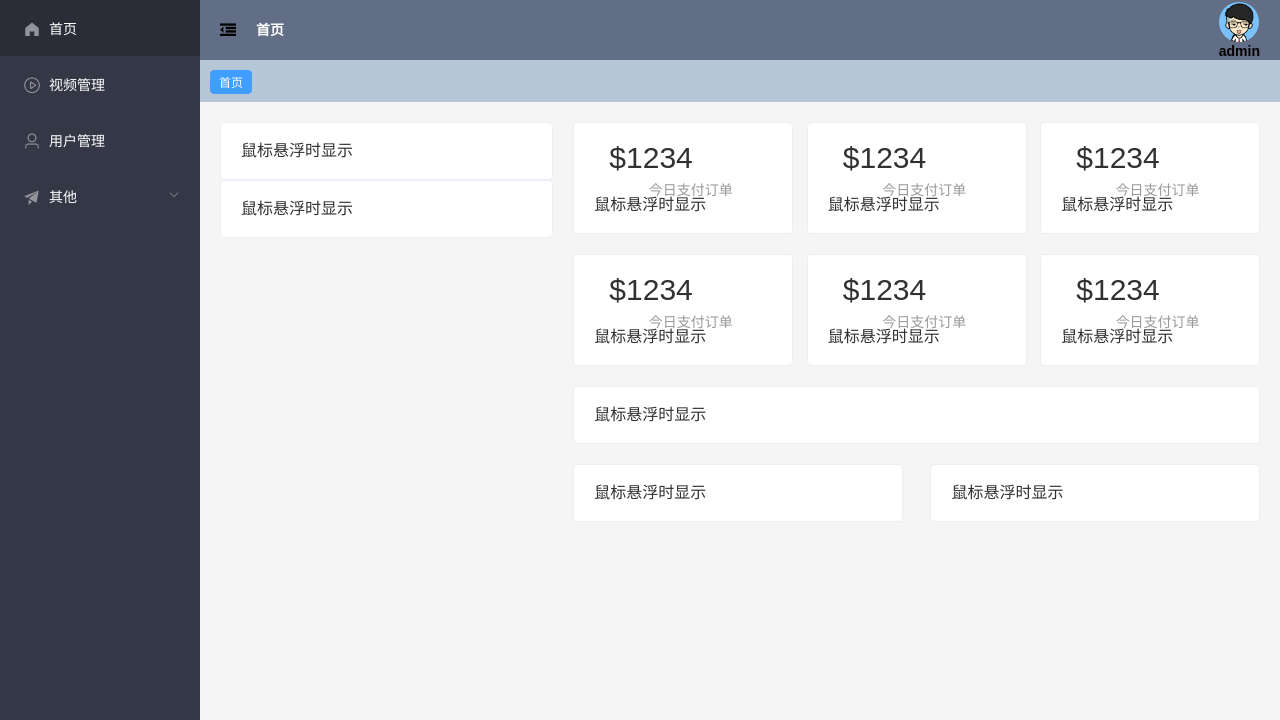
Repository: coWhy/vue-manage
Page: /
These files come from the project's save history. The page is drawn as it stood at one moment and after the next save; the edit follows.
The browser window is 1280 px wide. The pictures show the whole page.
The project was rebuilt for these pictures with package versions that can differ from the ones it lists, and the page was loaded fresh each time. Also part of the build but not shown: vue.config.js.

Above is the page before, as saved 2020-04-13 22:48:33.

### src/main.js
import Vue from 'vue'
import App from './App.vue'
import router from './router'
import store from './store'
// 全局配置样式
import '@/assets/scss/reset.scss'
import '@/assets/font-awesome-4.7.0/css/font-awesome.css'
// 第三方包
import ElementUI from 'element-ui'
import 'element-ui/lib/theme-chalk/index.css'
// 自定义全局插件
import http from '@/plugins/http' // 自定义全局axios
// 引入Mock 主要是用于前端模拟使用 使用时 记得注释掉
import './mock'

Vue.config.productionTip = false
Vue.use(http)
console.log(
  `当前所处开发环境:【${process.env.NODE_ENV}】| 路由为: 【${process.env.VUE_APP_URL}】`
)
Vue.use(ElementUI)
new Vue({
  router,
  store,
  render: h => h(App)
}).$mount('#app')

### src/App.vue
<template>
  <div id="app">
    <router-view />
  </div>
</template>

<style lang="scss">
#app {
  // color: $theme-color;
  height: 100vh;
}
</style>

### src/router/index.js
import Vue from 'vue'
import VueRouter from 'vue-router'
//
const originalPush = VueRouter.prototype.push
VueRouter.prototype.push = function push(location) {
  return originalPush.call(this, location).catch(err => err)
}
Vue.use(VueRouter)

const routes = [
  {
    path: '/',
    component: () => import('@/views/layout/index'),
    children: [
      {
        path: '/',
        name: 'home',
        component: () => import('@/views/home/index')
      },
      {
        path: '/video',
        name: 'video',
        component: () => import('@/views/video/index')
      },
      {
        path: '/user',
        name: 'user',
        component: () => import('@/views/user/index')
      },
      {
        path: '/page1',
        name: 'page1',
        component: () => import('@/views/other/page1')
      },
      {
        path: '/page2',
        name: 'page2',
        component: () => import('@/views/other/page2')
      }
    ]
  }
]

const router = new VueRouter({
  routes
})

export default router

### src/store/index.js
import Vue from 'vue'
import Vuex from 'vuex'
import tag from './modules/tag'
Vue.use(Vuex)

export default new Vuex.Store({
  state: {},
  mutations: {},
  actions: {},
  modules: {
    tag
  }
})

### src/plugins/http.js
// 自定义开发插件
import axios from 'axios'

const MyHttpServer = {}

MyHttpServer.install = Vue => {
  // 基准地址
  // axios.defaults.baseURL = process.env.VUE_APP_URL
  const service = axios.create({
    baseURL: process.env.VUE_APP_URL, //请求基础url
    timeout: 3000 //  请求超时时间
  })
  // 添加请求拦截器 token拦截
  service.interceptors.request.use(
    config => {
      return config
    },
    err => {
      console.log(err)
    }
  )
  // 响应拦截器
  service.interceptors.response.use(
    response => {
      let res = {}
      //  此处对不同状态码 进行不同的操作 比如404 跳转页面等
      res.status = response.status
      res.data = response.data
      return res
    },
    err => {
      console.log(err)
    }
  )
  Vue.prototype.$http = axios
}
export default MyHttpServer

### src/mock/index.js
import Mock from 'mockjs'
import homeApi from './home'
Mock.setup({
  timeout: '200-2000' // 设置延时 [200 - 2000ms]
})
// 首页相关
// 拦截 /home/getData
Mock.mock('/home/getData', 'get', homeApi.getHomeData) // /\/home\/getData/.

### src/assets/scss/_variable.scss
// 全局配置样式 修改主题颜色
$theme-color: #33aef0;

### src/views/layout/index.vue
<template>
  <el-container class="container">
    <!-- 左侧菜单栏 -->
    <el-aside width="auto">
      <common-aside></common-aside>
    </el-aside>
    <el-container>
      <!-- 头部 -->
      <el-header class="header">
        <common-header></common-header>
      </el-header>
      <!-- Tab标签 -->
      <common-tag class="tag"></common-tag>
      <!-- 主体 -->
      <el-main>
        <router-view></router-view>
      </el-main>
    </el-container>
  </el-container>
</template>

<script>
import CommonAside from './components/aside/index'
import CommonHeader from './components/header/index'
import CommonTag from './components/tag/index'
export default {
  components: {
    CommonAside,
    CommonHeader,
    CommonTag
  }
}
</script>

<style lang="scss" scoped>
.container {
  height: 100%;
}
.header {
  background-color: #626e85; // 头部背景色
  width: 100%;
}
.main {
  padding-top: 0;
}
</style>

### src/views/home/index.vue
<template>
  <el-row class="home" :gutter="20">
    <!-- 左侧 -->
    <el-col :span="8">
      <el-card shadow="hover">
        鼠标悬浮时显示
      </el-card>
      <el-card shadow="hover">
        鼠标悬浮时显示
      </el-card>
    </el-col>
    <!-- 右侧 -->
    <el-col :span="16">
      <!-- 顶部  -->
      <div class="num">
        <el-card shadow="hover" v-for="item in 6" :key="item">
          <!-- 图标部分 -->
          <i class="icon"></i>
          <!-- 详情部分  -->
          <div class="detail">
            <p class="num">$1234</p>
            <p class="txt">今日支付订单</p>
          </div>
          鼠标悬浮时显示
        </el-card>
      </div>
      <!-- 底部 -->
      <el-card shadow="hover">
        鼠标悬浮时显示
      </el-card>
      <div class="graph">
        <el-card shadow="hover">
          鼠标悬浮时显示
        </el-card>
        <el-card shadow="hover">
          鼠标悬浮时显示
        </el-card>
      </div>
    </el-col>
  </el-row>
</template>

<script>
export default {
  methods: {
    async getVideoData() {
      const res = await this.$http.get('/home/getData')
      console.log(res)
    }
  },
  created() {
    this.getVideoData()
  }
}
</script>

<style lang="scss" scoped>
@import url('~@/assets/scss/home.scss');
</style>

### src/store/modules/tag.js
export default {
  state: {
    isCollapse: false, // 左侧菜单栏是否折叠
    curMenu: null, // 点击选中的菜单
    menuList: [], // 全部菜单
    tagList: [
      // 首页是不可关闭的
      {
        path: '/',
        name: 'home',
        title: '首页',
        icon: 'el-icon-s-home'
      }
    ] // 存放tags 点击后 就存到里面去
  },
  mutations: {
    // 点击 菜单之后 对应的tab 标签也要 进入 tabList 进行存放
    // 首页 不加入tabList
    getMenu(state, selectedMenu) {
      if (selectedMenu.name !== 'home') {
        state.curMenu = selectedMenu
        let result = state.tagList.findIndex(
          item => item.name === selectedMenu.name
        )
        if (result === -1) {
          // 没找到这个tag 就放进tagList
          state.tagList.push(selectedMenu)
        }
      } else {
        state.curMenu = null
      }
    },
    // 关闭选中的tag
    closeTag(state, selectedTag) {
      // if (selectedTag.name !== 'home') {
      // }
      // 找到tag的索引 进行删除
      let result = state.tagList.findIndex(
        item => item.name === selectedTag.name
      )
      state.tagList.splice(result, 1)
    },
    // 折叠左侧菜单栏
    collapseAsideMenu(state) {
      state.isCollapse = !state.isCollapse
    }
  },
  actions: {},
  modules: {}
}

### src/mock/home.js
import Mock from 'mockjs'
export default {
  getHomeData: () => {
    return {
      code: 20000,
      data: [
        {
          name: 'SpringBoot',
          value: Mock.Random.float(1000, 10000, 0, 2)
        },
        {
          name: 'SpringBoot',
          value: Mock.Random.float(1000, 10000, 0, 2)
        },
        {
          name: 'React',
          value: Mock.Random.float(1000, 10000, 0, 2)
        },
        {
          name: 'Vue',
          value: Mock.Random.float(1000, 10000, 0, 2)
        },
        {
          name: '微信小程序',
          value: Mock.Random.float(1000, 10000, 0, 2)
        },
        {
          name: 'Es6',
          value: Mock.Random.float(1000, 10000, 0, 2)
        },
        {
          name: 'Java',
          value: Mock.Random.float(1000, 10000, 0, 2)
        }
      ]
    }
  }
}

### src/views/layout/components/aside/index.vue
<template>
  <el-menu
    default-active="2"
    class="el-menu-vertical-demo"
    :background-color="asideSetting.bgColor"
    :text-color="asideSetting.texteColor"
    :active-text-color="asideSetting.activeTextColor"
    :collapse="isCollapse"
  >
    <!-- 这是没有子级菜单的
    handleClickMenu(item) 将选中的菜单元素存入store中的menu 用于tab使用
    由于 分两种情况 所以 下面两种 都需要加上handleClickMenu 事件
    v-for="item in noChildrenList" 遍历元素列表
    :index="item.path"  路由相关
    :key="item.title" 索引 避免重复
    -->
    <!-- noChildrenList -->
    <el-menu-item
      :index="item.path"
      v-for="item in noChildrenList"
      :key="item.title"
      @click="handleClickMenu(item)"
    >
      <i :class="item.icon"></i>
      <span slot="title">{{ item.title }}</span>
    </el-menu-item>
    <!-- hasChildrenList -->
    <el-submenu
      :index="item.title"
      v-for="item in hasChildrenList"
      :key="item.title"
    >
      <template slot="title">
        <i :class="item.icon"></i>
        <span slot="title">{{ item.title }}</span>
      </template>
      <el-menu-item-group>
        <el-menu-item
          :index="subItem.path"
          v-for="subItem in item.children"
          :key="subItem.title"
          @click="handleClickMenu(subItem)"
        >
          <i :class="subItem.icon"></i>
          <span slot="title">{{ subItem.title }}</span>
        </el-menu-item>
      </el-menu-item-group>
    </el-submenu>
  </el-menu>
</template>

<script>
export default {
  computed: {
    noChildrenList() {
      // asideMenuList 没有 子级菜单
      return this.asideMenuList.filter(item => !item.children)
    },
    hasChildrenList() {
      // asideMenuList 有 子级菜单
      return this.asideMenuList.filter(item => item.children)
    },
    // 取出vuex中的是否折叠isCollapse
    isCollapse() {
      return this.$store.state.tag.isCollapse
    }
  },
  data() {
    return {
      asideSetting: {
        bgColor: '#343746', // 侧边栏背景颜色
        activeTextColor: '#4ffffb', // 选中字体的颜色
        texteColor: '#fff' // 默认字体颜色
      },
      //侧边栏菜单列表
      asideMenuList: [
        {
          path: '/',
          name: 'home',
          title: '首页',
          icon: 'el-icon-s-home'
        },
        {
          path: '/video',
          name: 'video',
          title: '视频管理',
          icon: 'el-icon-video-play'
        },
        {
          path: '/user',
          name: 'user',
          title: '用户管理',
          icon: 'el-icon-user'
        },
        {
          title: '其他',
          icon: 'el-icon-s-promotion',
          children: [
            {
              path: '/page1',
              name: 'page1',
              title: '页面1',
              icon: 'el-icon-setting'
            },
            {
              path: '/page2',
              name: 'page2',
              title: '页面2',
              icon: 'el-icon-setting'
            }
          ]
        }
      ]
    }
  },
  methods: {
    // 选中菜单 传入store
    handleClickMenu(item) {
      // 跳转到指定的页面
      this.$router.push({ name: item.name })
      this.$store.commit('getMenu', item)
    }
  }
}
</script>

<style lang="scss" scoped>
.el-menu {
  // 菜单占满容器
  height: 100%;
  border: none;
}
// 折叠样式
.el-menu-vertical-demo:not(.el-menu--collapse) {
  width: 200px;
  min-height: 400px;
}
</style>

### src/views/layout/components/header/index.vue
<template>
  <header class="header">
    <div class="l-content">
      <!-- 折叠标签 可以折叠左侧菜单栏 折叠：fa fa-outdent 展开： fa fa-indent -->
      <i
        :class="
          $store.state.tag.isCollapse === true
            ? 'fa fa-indent'
            : 'fa fa-outdent '
        "
        aria-hidden="true"
        @click="collapseAsideMenu()"
      ></i>
      <!-- 面包屑导航 -->
      <el-breadcrumb separator="/">
        <!-- 默认保留一个 首页 -->
        <el-breadcrumb-item :to="{ path: '/' }">首页</el-breadcrumb-item>
        <!-- curMenu 不为null的时候才渲染出来 -->
        <el-breadcrumb-item :to="curMenu.path" v-if="curMenu">
          {{ curMenu.title }}
        </el-breadcrumb-item>
      </el-breadcrumb>
    </div>
    <!-- 用户部分 头像 下拉菜单 等 -->
    <div class="r-content">
      <el-dropdown trigger="click" size="mini">
        <span class="el-dropdown-link">
          <!-- 用户头像 和 用户名 动态获取 -->
          <img :src="userInfo.avatar" class="avatar" />
          <span class="name">{{ userInfo.username }}</span>
        </span>
        <el-dropdown-menu slot="dropdown">
          <el-dropdown-item>个人中心</el-dropdown-item>
          <el-dropdown-item>退出登录</el-dropdown-item>
        </el-dropdown-menu>
      </el-dropdown>
    </div>
  </header>
</template>

<script>
import { mapState } from 'vuex'
export default {
  computed: {
    ...mapState({
      curMenu: state => state.tag.curMenu // 选中的菜单对象
    })
  },
  data() {
    return {
      // 用户信息
      userInfo: {
        username: 'admin', // 用户名
        avatar: require('@/assets/images/user.png') // 用户头像
      }
    }
  },
  methods: {
    // 折叠左侧菜单栏
    collapseAsideMenu() {
      this.$store.commit('collapseAsideMenu')
    }
  }
}
</script>

<style lang="scss" scoped>
.header {
  display: flex;
  height: 100%;
  align-items: center;
  justify-content: space-between;
}
.l-content {
  // width: 380;
  display: flex;
  align-items: center;
  i {
    margin-right: 20px;
  }
  justify-content: space-between;
}
.r-content {
  .avatar {
    width: 40px;
    height: 40px;
    border-radius: 50%;
  }
  .name {
    display: flex;
    height: 100%;
    color: black;
    font-weight: bolder;
    align-items: center;
  }
}
</style>
<style lang="scss">
.el-breadcrumb__item {
  .el-breadcrumb__inner {
    color: #b9d0fb;
    font-weight: normal;
  }
  &:last-child {
    .el-breadcrumb__inner {
      color: #ffffff;
      font-weight: bolder;
    }
  }
}
</style>

### src/views/layout/components/tag/index.vue
<template>
  <div class="tags">
    <!--  tabs标签
  不是首页才可以关闭
  选中tag颜色变化 :effect="$route.name === tag.name ? 'dark' : 'plain'"
  -->
    <el-tag
      size="small"
      :key="tag.name"
      v-for="tag in tagList"
      :closable="tag.name !== 'home'"
      :disable-transitions="false"
      @close="handleClose(tag)"
      @click="changeMenu(tag)"
      :effect="$route.name === tag.name ? 'dark' : 'plain'"
    >
      {{ tag.title }}
    </el-tag>
  </div>
</template>

<script>
import { mapState, mapMutations } from 'vuex'
export default {
  computed: {
    ...mapState({
      tagList: state => state.tag.tagList
    })
  },
  data() {
    return {}
  },
  methods: {
    ...mapMutations({
      closeTag: 'closeTag'
    }),
    // 关闭tag
    handleClose(tag) {
      this.closeTag(tag)
    },
    changeMenu(tag) {
      this.$store.commit('getMenu', tag)
      this.$router.push({ name: tag.name })
    }
  }
}
</script>

<style lang="scss" scoped>
.tags {
  background-color: #b5c6d6;
  position: relative;
  height: 42px;
  border: none;
  overflow: hidden;
  padding: 10px;
  .el-tag {
    padding-top: 1px;
    padding-bottom: 1px;
    margin-right: 15px;
    cursor: pointer;
  }
}
</style>

### src/assets/scss/home.scss
.home {
  .user {
    display: flex;
    align-items: center;
    padding-bottom: 20px;
    margin-bottom: 20px;
    border-bottom: 1px solid #ccc;
    img {
      width: 150px;
      height: 150px;
      border-radius: 50%;
      margin-right: 40px;
    }
    &info {
      .name {
        font-size: 32px;
        margin-bottom: 10px;
      }
      .access {
        color: #999999;
      }
    }
  }
  .login-info {
    p {
      line-height: 28px;
      font-size: 14px;
      color: #999999;
      span {
        color: #666666;
        margin-left: 60px;
      }
    }
  }
  .num {
    display: flex;
    flex-wrap: wrap;
    justify-content: space-between;
    .el-card {
      width: 32%;
      margin-bottom: 20px;
    }
    .icon {
      font-size: 30px;
      width: 80px;
      height: 80px;
      text-align: center;
      line-height: 80px;
      color: #fff;
    }
    .detail {
      margin-left: 15px;
      display: flex;
      flex-direction: column;
      justify-content: center;
      .num {
        font-size: 30px;
        margin-bottom: 10px;
      }
      .txt {
        font-size: 14px;
        text-align: center;
        color: #999999;
      }
    }
  }
  .graph {
    margin-top: 20px;
    display: flex;
    justify-content: space-between;
    .el-card {
      width: 48%;
    }
  }
}

Loaded but not shown: public/index.html (common file); src/assets/scss/reset.scss (common file); src/assets/font-awesome-4.7.0/css/font-awesome.css (library)

After the next save:
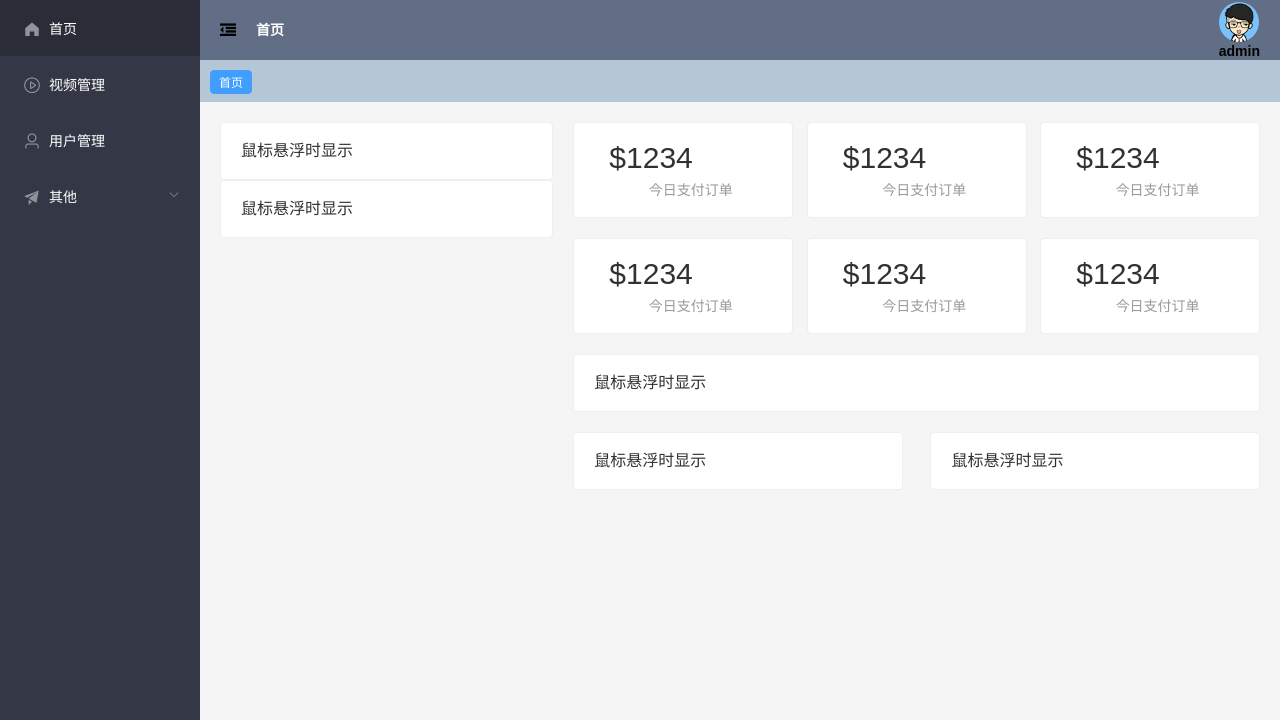
Saved 12 s later.
--- a/src/views/home/index.vue
+++ b/src/views/home/index.vue
@@ -21,7 +21,6 @@
             <p class="num">$1234</p>
             <p class="txt">今日支付订单</p>
           </div>
-          鼠标悬浮时显示
         </el-card>
       </div>
       <!-- 底部 -->
